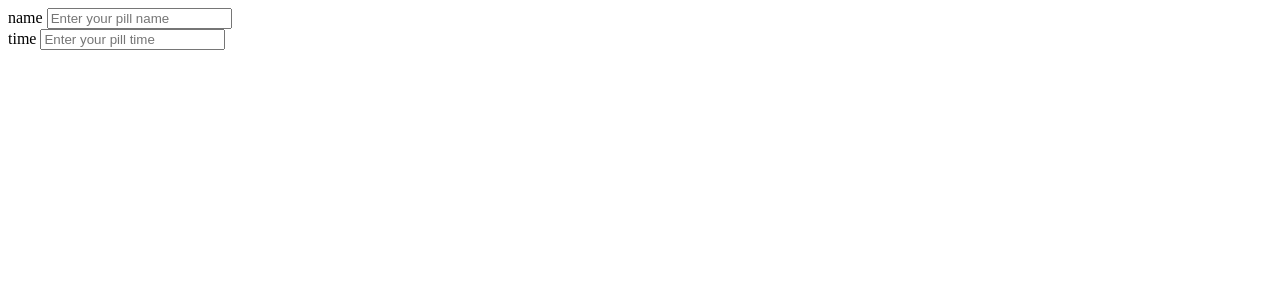
Repository: sarveshv9/Pill-Dispenser-Alert
Page: pill.html
These files come from the project's save history. The page is drawn as it stood at one moment and after the next save; the edit follows.
The browser window is 1280 px wide. The pictures show the whole page.

Above is the page before, as saved 2025-02-22 16:43:23.

After the next save:
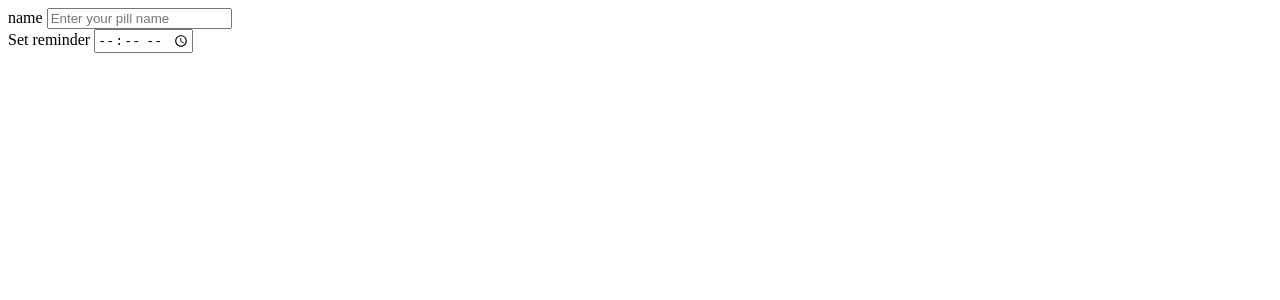
Saved 2 min 35 s later.
--- a/pill.html
+++ b/pill.html
@@ -9,8 +9,9 @@
    <form>
     <label for="pillname">name</label>
     <input type="text" id="pillname" name="name" placeholder="Enter your pill name "><br>
-    <label for="pilltime">time</time></label>
-    <input type="text" id="pilltime" name="time" placeholder="Enter your pill time "><br>
+    <label for="pilltime">Set reminder</label>
+    <input type="time" id="pilltime" name="time" required><br>
+
    </form>
 </body>
 </html>
